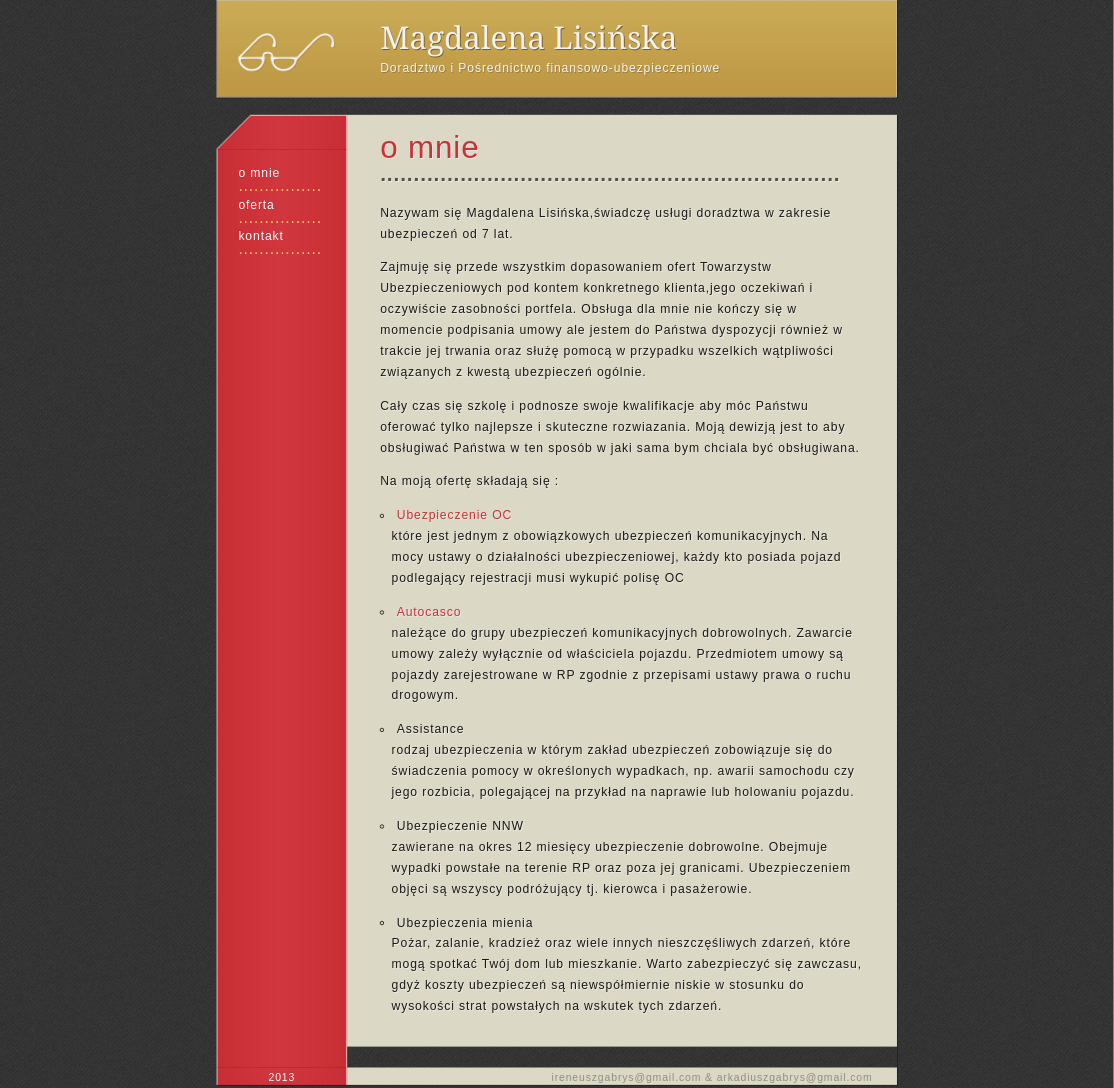
Repository: gabr/php_elicpse_workspace
Page: Magda Lisinska/index.html
The author's editor kept a copy of each file at every save. The page is drawn from the files as they stood at one save, then again after the next save.
The browser window is 1280 px wide. The pictures show the whole page, at 87% of full size.

Above is the page before, as saved 2013-03-08 13:45:34.

### Magda Lisinska/index.html
<!DOCTYPE HTML>
<html>
<head>
<meta http-equiv="Content-Type" content="text/html; charset=utf-8">
<title>Magdalena Lisińska</title>
<!--
		<meta name="description" content="Add your sites description here">
		<meta name="keywords" content="Add,your,site,keywords,here">
		<link rel="icon" type="image/x-icon" href="../images/favicon.ico">
		-->
<link rel="stylesheet" type="text/css" href="css/reset.css"
  media="screen">
<link rel="stylesheet" type="text/css" href="css/style.css"
  media="screen">
<!-- <script src="js/jquery-1.9.1.js"></script>
        <script src="js/script.js"></script> -->
<!--[if lt IE 9]>
		<script src="js/html5shiv.js"></script>
		<![endif]-->
</head>

<body>
  <!-- head -->
  <div id="header">
    <a href="index.html" id="glasses"></a> <a href="index.html"
      id="header-title">
      <p id="title">Magdalena Lisińska</p>
      <p id="slogan">Doradztwo i Pośrednictwo
        finansowo-ubezpieczeniowe</p>
    </a>
    <div class="clear"></div>
  </div>

  <!-- body -->
  <div id="body">
    <!-- menu -->
    <div id="menu">
      <div id="menu-head"></div>
      <div id="menu-body" style="height: 1055px">
        <div id="menu-margin"></div>
        <ul>
          <li><a href="#">o mnie</a></li>
          <li class="line">................</li>
          <li><a href="#">oferta</a></li>
          <li class="line">................</li>
          <li><a href="kontakt.html">kontakt</a></li>
          <li class="line">................</li>
        </ul>
      </div>
    </div>
    <!-- content -->
    <div id="content">
      <div>
        <h1>o mnie</h1>
        <div class="line">.....................................................................</div>
        <p>Nazywam się Magdalena Lisińska,świadczę usługi doradztwa
          w zakresie ubezpieczeń od 7 lat.</p>
        <p>Zajmuję się przede wszystkim dopasowaniem ofert
          Towarzystw Ubezpieczeniowych pod kontem konkretnego
          klienta,jego oczekiwań i oczywiście zasobności portfela.
          Obsługa dla mnie nie kończy się w momencie podpisania umowy
          ale jestem do Państwa dyspozycji również w trakcie jej trwania
          oraz służę pomocą w przypadku wszelkich wątpliwości związanych
          z kwestą ubezpieczeń ogólnie.</p>
        <p>Cały czas się szkolę i podnosze swoje kwalifikacje aby
          móc Państwu oferować tylko najlepsze i skuteczne rozwiazania.
          Moją dewizją jest to aby obsługiwać Państwa w ten sposób w
          jaki sama bym chciala być obsługiwana.</p>
        <p>Na moją ofertę składają się :</p>
        <ul>
          <li><a
            href="http://www.grupa-arda.pl/ubezpieczenia/ubezpieczenia-oc.html?phpMyAdmin=3N6bEaCYBK2Jq4cIqrYr1X8wqk0">Ubezpieczenie
              OC</a>
            <p>które jest jednym z obowiązkowych ubezpieczeń
              komunikacyjnych. Na mocy ustawy o działalności
              ubezpieczeniowej, każdy kto posiada pojazd podlegający
              rejestracji musi wykupić polisę OC</p></li>
          <li><a href="">Autocasco</a>
            <p>należące do grupy ubezpieczeń komunikacyjnych
              dobrowolnych. Zawarcie umowy zależy wyłącznie od
              właściciela pojazdu. Przedmiotem umowy są pojazdy
              zarejestrowane w RP zgodnie z przepisami ustawy prawa o
              ruchu drogowym.</p>
          </li>
          <li>Assistance
            <p>rodzaj ubezpieczenia w którym zakład ubezpieczeń
              zobowiązuje się do świadczenia pomocy w określonych
              wypadkach, np. awarii samochodu czy jego rozbicia,
              polegającej na przykład na naprawie lub holowaniu pojazdu.</p>
          </li>
          <li>Ubezpieczenie NNW
            <p>zawierane na okres 12 miesięcy ubezpieczenie
              dobrowolne. Obejmuje wypadki powstałe na terenie RP oraz
              poza jej granicami. Ubezpieczeniem objęci są wszyscy
              podróżujący tj. kierowca i pasażerowie.</p>
          </li>
          <li>Ubezpieczenia mienia
            <p>Pożar, zalanie, kradzież oraz wiele innych
              nieszczęśliwych zdarzeń, które mogą spotkać Twój dom lub
              mieszkanie. Warto zabezpieczyć się zawczasu, gdyż koszty
              ubezpieczeń są niewspółmiernie niskie w stosunku do
              wysokości strat powstałych na wskutek tych zdarzeń.</p>
          </li>
        </ul>
      </div>
    </div>
    <div class="clear"></div>

    <!-- footer -->
    <div id="footer">
      <div id="left-footer">
        <p>2013</p>
      </div>
      <div id="right-footer">
        <p>ireneuszgabrys@gmail.com &amp;
          arkadiuszgabrys@gmail.com&ensp;&ensp;&ensp;&ensp;</p>
      </div>
      <div class="clear"></div>
    </div>

  </div>

</body>
</html>

### Magda Lisinska/css/reset.css
/*
html5doctor.com Reset Stylesheet
v1.6.1
Last Updated: 2010-09-17
Author: Richard Clark - http://richclarkdesign.com
Twitter: @rich_clark
*/

html, body, div, span, object, iframe,
h1, h2, h3, h4, h5, h6, p, blockquote, pre,
abbr, address, cite, code,
del, dfn, em, img, ins, kbd, q, samp,
small, strong, sub, sup, var,
b, i,
dl, dt, dd, ol, ul, li,
fieldset, form, label, legend,
table, caption, tbody, tfoot, thead, tr, th, td,
article, aside, canvas, details, figcaption, figure,
footer, header, hgroup, menu, nav, section, summary,
time, mark, audio, video {
margin:0;
padding:0;
border:0;
outline:0;
font-size:100%;
vertical-align:baseline;
background:transparent;
}

body {line-height:1;}

article,aside,details,figcaption,figure,
footer,header,hgroup,menu,nav,section {
display:block; zoom:1;
}

nav ul {list-style:none;}

blockquote, q {quotes:none;}

blockquote:before, blockquote:after,
q:before, q:after {
content:'';
content:none;
}

a {
margin:0;
padding:0;
font-size:100%;
vertical-align:baseline;
background:transparent;
}

/* change colours to suit your needs */
ins {
background-color:#ff9;
color:#000;
text-decoration:none;
}

/* change colours to suit your needs */
mark {
background-color:#ff9;
color:#000;
font-style:italic;
font-weight:bold;
}

del {text-decoration: line-through;}

abbr[title], dfn[title] {
border-bottom:1px dotted;
cursor:help;
}

table {
border-collapse:collapse;
border-spacing:0;
}

/* change border colour to suit your needs */
hr {
display:block;
height:1px;
border:0;
border-top:1px solid #cccccc;
margin:1em 0;
padding:0;
}

input, select {
vertical-align:middle;
}

### Magda Lisinska/css/style.css
/*  Main  */
body {
  background: url(../images/background.png);
  color: #000;
  font-family: Arial, Helvetica, sans-serif;
  font-size: 14px;
  letter-spacing: 1px;
}

p {
  color: #181818;
  text-align: left;
  margin: 0px 0px 15px 0px;
  line-height: 24px;
}

a {
  color: #cb3138;
  text-decoration: none;
}

a:hover {
  text-decoration: underline;
}

h1 {
  margin: 20px 0px 0px 0px;
  font-size: 36px;
  color: #cb3138;
  font-weight: normal;
}

img {
  float: left;
  margin: 5px 10px 0px 0px;
  border: 1px solid #363636;
  box-shadow: 1px 1px 0px rgba(255, 255, 255, 0.5);
}

.line {
  -webkit-touch-callout: none;
  -webkit-user-select: none;
  -khtml-user-select: none;
  -moz-user-select: none;
  -ms-user-select: none;
  user-select: none;
}

.clear {
  clear: both;
}

/* Header */
#header {
  background: url(../images/header.jpg);
  width: 780px;
  height: 110px;
  margin: 0 auto;
  border: 1px solid #dbc89a;
  box-shadow: 1px 1px 0px rgba(0, 0, 0, 0.4)
}

#glasses {
  background: url(../images/glasses.png);
  width: 112px;
  height: 45px;
  margin: 37px 0px 0px 23px;
  display: block;
  outline: none;
  float: left;
}

#header-title {
  float: left;
  margin: 30px 0px 0px 52px;
  outline: none;
  text-decoration: none;
}

#title {
  margin: 0px 0px 0px 0px;
  color: #f1f1f1;
  text-shadow: 1px 1px 0px rgba(0, 0, 0, 0.4);
  font-family: Georgia, Times New Roman, Times;
  font-size: 36px;
  letter-spacing: 0px;
}

#slogan {
  color: #f1f1f1;
  text-shadow: 1px 1px 0px rgba(0, 0, 0, 0.2);
  margin: 11px 0px 0px 0px;
}

/* Body */
#body {
  margin: 0 auto;
  margin-top: 20px;
  width: 782px;
  box-shadow: 1px 1px 0px rgba(0, 0, 0, 0.4);
}

/* Menu */
#menu {
  float: left;
  width: 150px;
}

#menu-head {
  background: url(../images/menu_head.png);
  height: 40px;
}

#menu-body {
  background: url(../images/menu.jpg);
  min-height: 200px;
}

#menu-margin {
  height: 20px;
}

#menu-body ul {
  width: 100px;
  margin: 0 auto;
  list-style: none;
}

#menu-body a {
  color: #f7f7f7;
  text-decoration: none;
}

#menu-body li>a:hover {
  font-weight: bold;
}

#menu-body li.line {
  font-size: 18px;
  color: #f7cb61;
  margin: -1px 0px 5px 0px;
}

/* Content */
#content {
  float: left;
  width: 632px;
  min-height: 200px;
  background: #dbd8c5;
  text-shadow: 1px 1px 0px rgba(255, 255, 255, 0.5);
  padding-bottom: 20px;
}

#content>div {
  margin: 0px 38px 0px 38px;
}

#content .line {
  margin: 0px 0px 20px 0px;
  font-size: 24px;
  color: #4f4f4f;
  font-weight: bold;
}

#content ul {
  list-style-type: circle;
  list-style-position: inside;
}

#content ul li {
  text-decoration: none;
  font-family: Arial, Helvetica, sans-serif;
  font-size: 14px;
  letter-spacing: 1px;
  color: #181818;
  text-align: left;
  margin: 0px 0px 15px 0px;
  line-height: 24px;
}

#content ul li p {
  margin-left: 13px;
}

#content iframe {
  margin: 20px auto 2px auto;
}

#google-maps {
  float: right;
  margin-right: 6px;
}

/* Footer */
#footer {
  width: 782px;
}

#left-footer {
  background: url(../images/menu.jpg);
  width: 150px;
  height: 20px;
  float: left;
}

#left-footer p {
  color: #f7f7f7;
  text-align: center;
  font-size: 12px;
}

#right-footer {
  float: right;
  width: 632px;
  height: 20px;
  background: #dbd8c5;
}

#right-footer p {
  color: #918e7e;
  text-align: right;
  font-size: 12px;
}

After the next save:
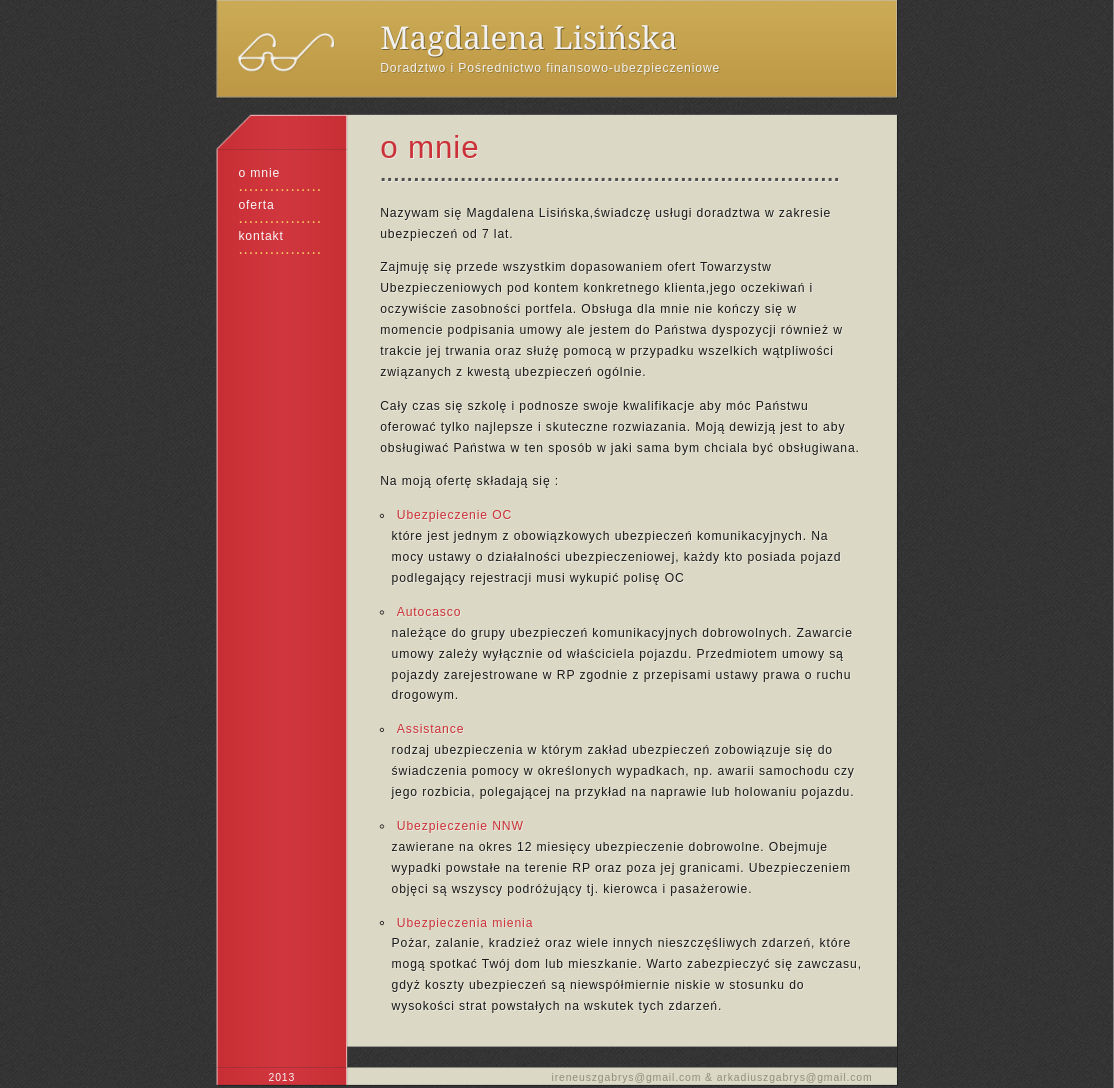
Saved 39 s later.
--- a/Magda Lisinska/index.html
+++ b/Magda Lisinska/index.html
@@ -75,26 +75,26 @@
               komunikacyjnych. Na mocy ustawy o działalności
               ubezpieczeniowej, każdy kto posiada pojazd podlegający
               rejestracji musi wykupić polisę OC</p></li>
-          <li><a href="">Autocasco</a>
+          <li><a href="http://www.grupa-arda.pl/ubezpieczenia/ubezpieczenia-autocasco.html?phpMyAdmin=3N6bEaCYBK2Jq4cIqrYr1X8wqk0">Autocasco</a>
             <p>należące do grupy ubezpieczeń komunikacyjnych
               dobrowolnych. Zawarcie umowy zależy wyłącznie od
               właściciela pojazdu. Przedmiotem umowy są pojazdy
               zarejestrowane w RP zgodnie z przepisami ustawy prawa o
               ruchu drogowym.</p>
           </li>
-          <li>Assistance
+          <li><a href="">Assistance</a>
             <p>rodzaj ubezpieczenia w którym zakład ubezpieczeń
               zobowiązuje się do świadczenia pomocy w określonych
               wypadkach, np. awarii samochodu czy jego rozbicia,
               polegającej na przykład na naprawie lub holowaniu pojazdu.</p>
           </li>
-          <li>Ubezpieczenie NNW
+          <li><a href="">Ubezpieczenie NNW</a>
             <p>zawierane na okres 12 miesięcy ubezpieczenie
               dobrowolne. Obejmuje wypadki powstałe na terenie RP oraz
               poza jej granicami. Ubezpieczeniem objęci są wszyscy
               podróżujący tj. kierowca i pasażerowie.</p>
           </li>
-          <li>Ubezpieczenia mienia
+          <li><a href="">Ubezpieczenia mienia</a>
             <p>Pożar, zalanie, kradzież oraz wiele innych
               nieszczęśliwych zdarzeń, które mogą spotkać Twój dom lub
               mieszkanie. Warto zabezpieczyć się zawczasu, gdyż koszty
